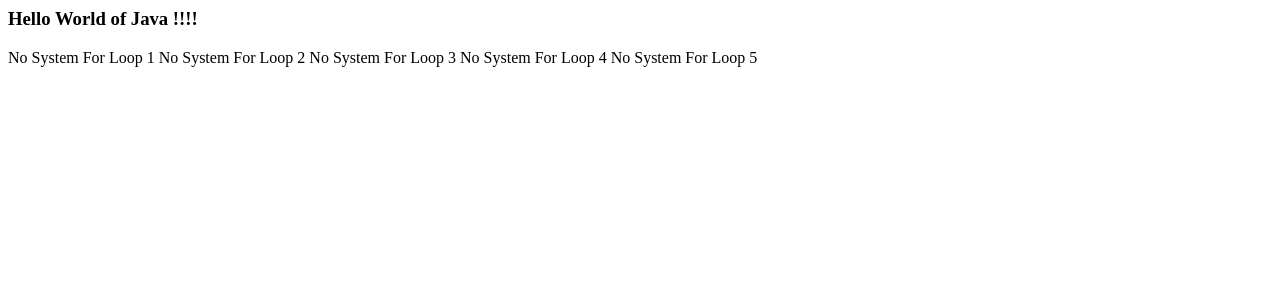
Repository: Aniket2311/Spring-Core-Spring-Boot-And-Hibernet
Page: http://localhost/jspdemo/helloworld.jsp
An editor plug-in stored every save of this project. The page is shown before and after the next save, followed by the edit.
The browser window is 1280 px wide. The pictures show the whole page.
The page is served by Tomcat 9.

Above is the page before, as saved 2019-04-08 10:13:21.

After the next save:
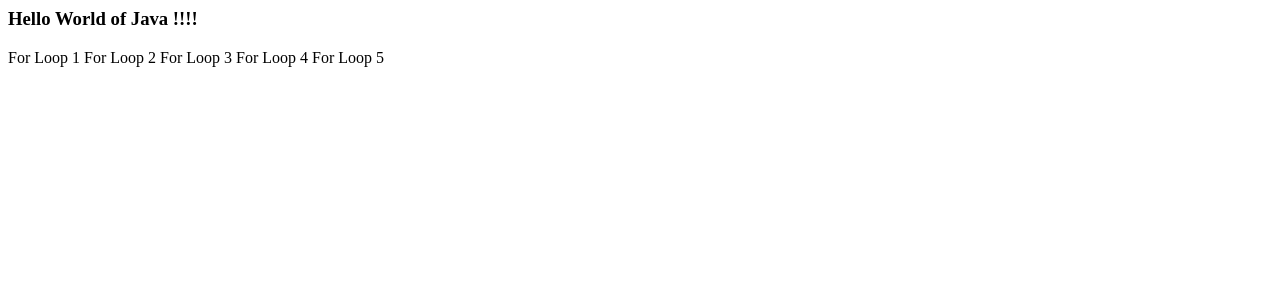
Saved 21 s later.
--- a/jspdemo/WebContent/helloworld.jsp
+++ b/jspdemo/WebContent/helloworld.jsp
@@ -8,8 +8,7 @@
 <%
 	int i;
 	for(i = 1; i<=5; i++){
-		System.out.println("For Loop " + i);
-		out.println("No System For Loop " + i);
+		out.println("For Loop " + i);
 	}
 %>
 
